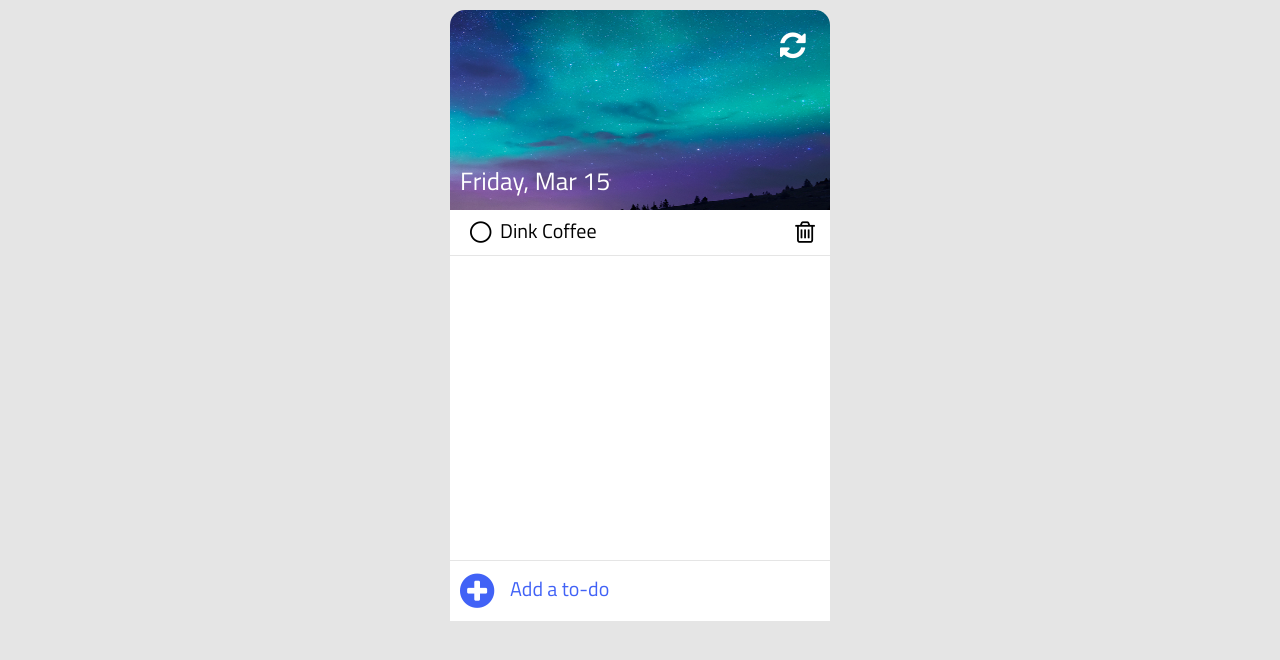
Repository: Khalidwebmail/to-do-list
Page: index.html
An editor plug-in stored every save of this project. The page is shown before and after the next save, followed by the edit.
The browser window is 1280 px wide. The pictures show the whole page.

Above is the page before, as saved 2020-01-21 20:40:16.

After the next save:
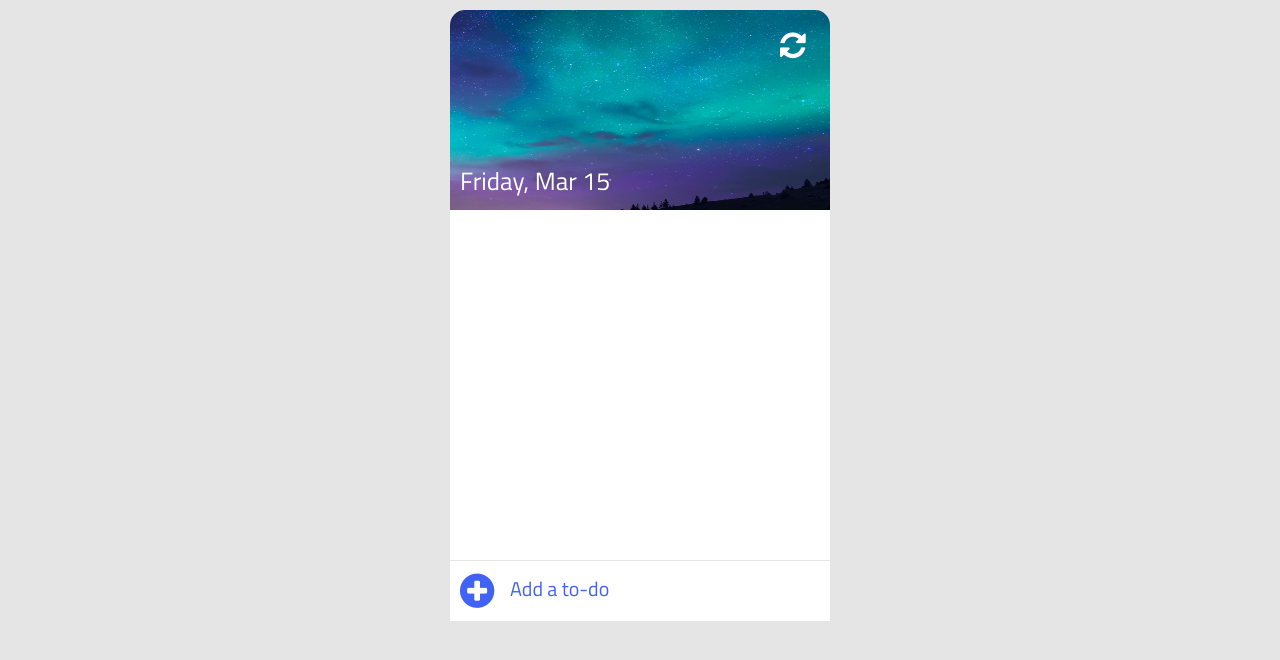
Saved 101 s later.
--- a/js/app.js
+++ b/js/app.js
@@ -38,4 +38,11 @@
 
         list.insertAdjacentHTML(position, item);
     }
-  addToDo("Dink Coffee")
+  /**
+   * Add item to list
+   */
+  document.addEventListener("keyup", function(e) {
+      if(event.keyCode == 13) {
+
+      }
+  })
